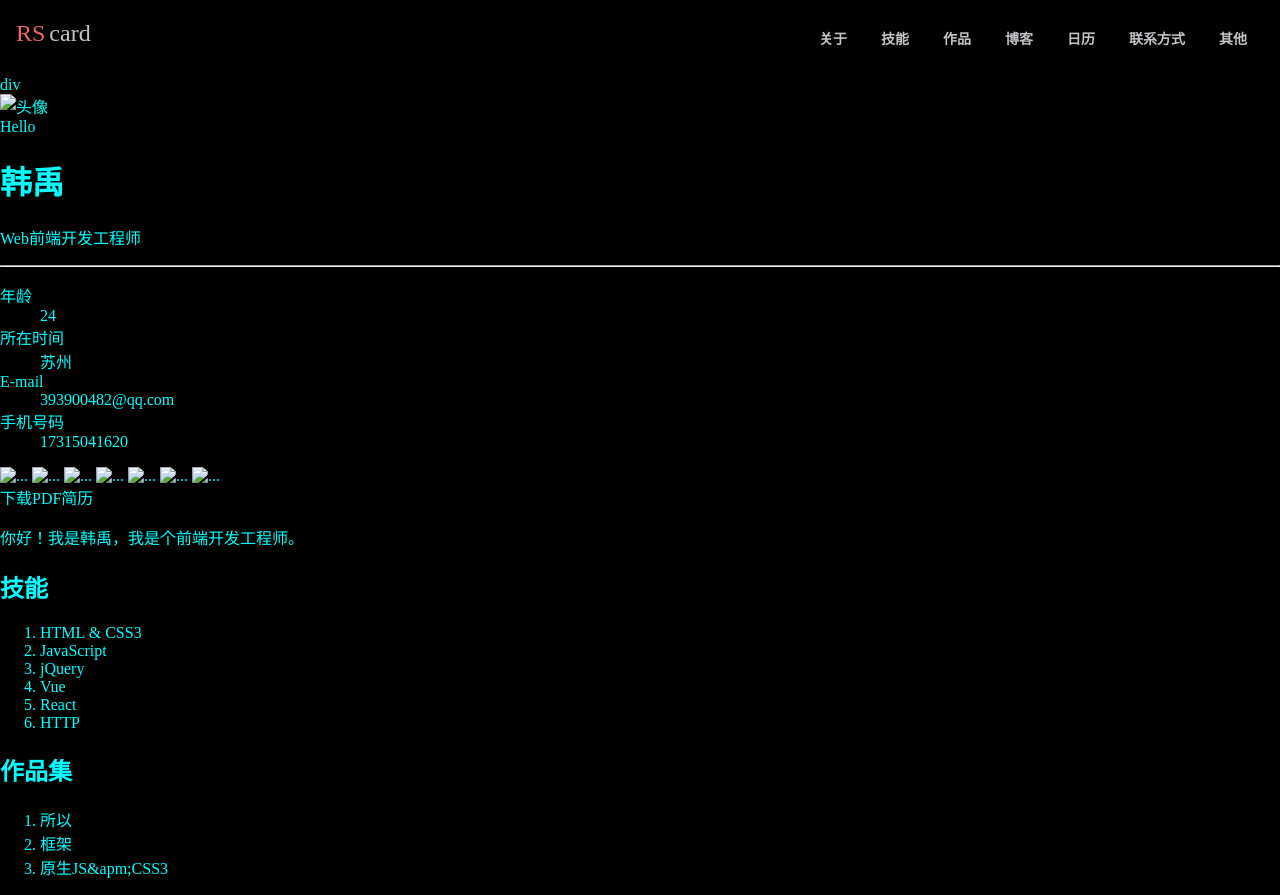
Repository: yorkHan/resume
Page: index.html
The author's editor kept a copy of each file at every save. The page is drawn from the files as they stood at one save, then again after a run of saves.
The browser window is 1280 px wide. The pictures show the whole page.

Above is the page before, as saved 2018-04-09 17:23:25.

After the next 3 saves:
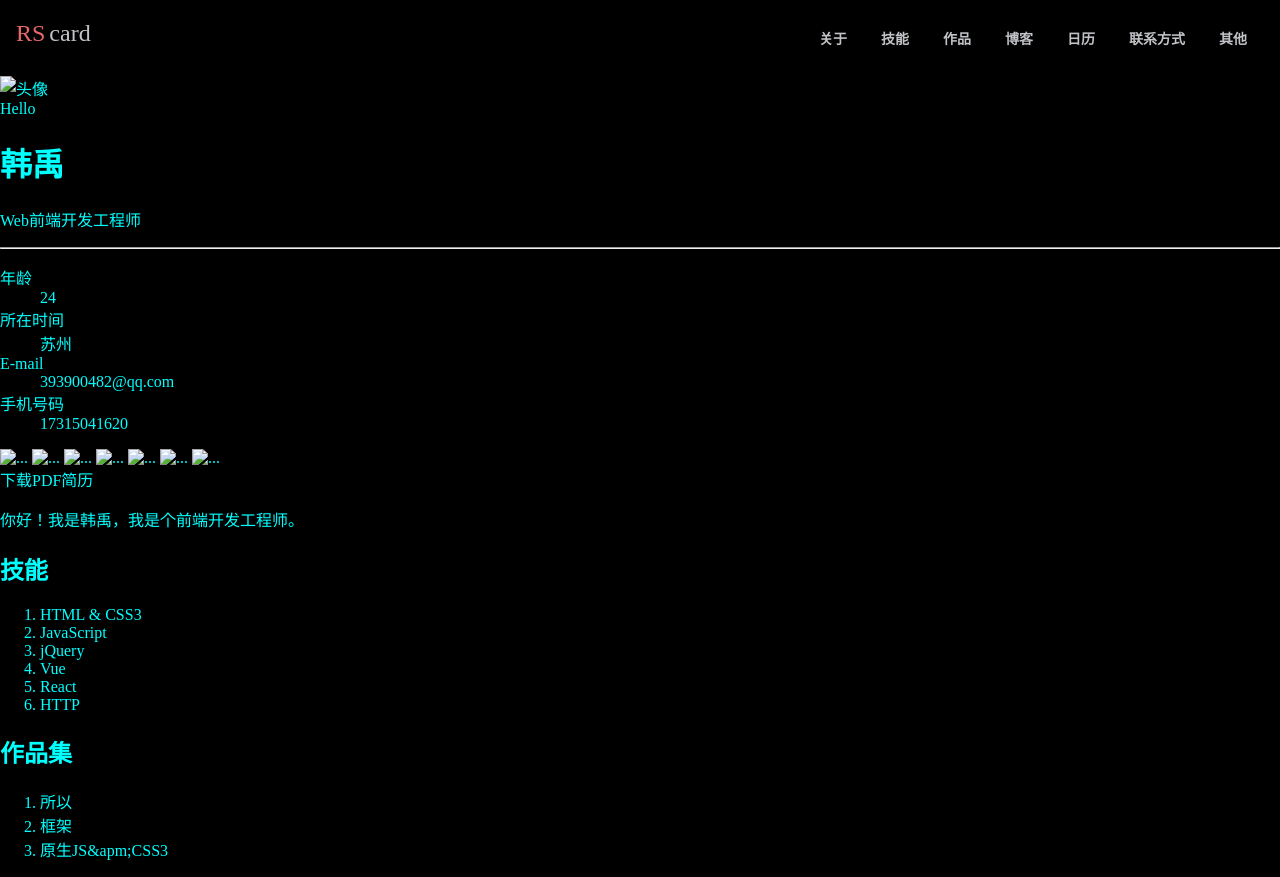
The 3 saves are shown as one change because they came seconds apart.
The last was saved 8 s later.
--- a/index.html
+++ b/index.html
@@ -24,7 +24,7 @@
             </ul>
         </nav>
     </div>
-    div
+    <div class=""></div>
     <div class="banner" style="background-image: url(#)"></div>
     <main>
         <div class="card">
